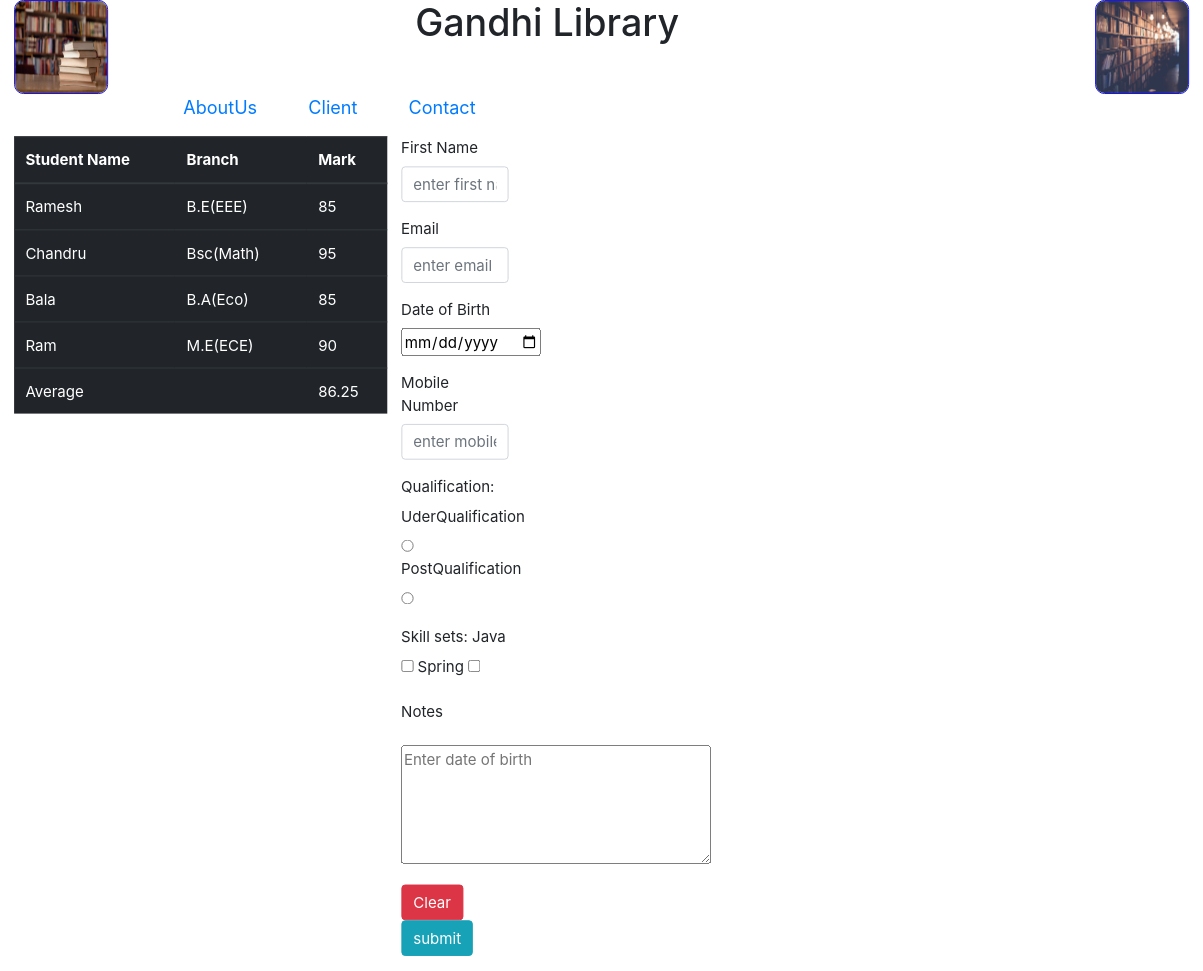
Repository: venkatesakki/JavaDeveloper
Page: css_examples/src/main/webapp/examplebootstrap.html
An editor plug-in stored every save of this project. The page is shown before and after the next save, followed by the edit.
The browser window is 1280 px wide. The pictures show the whole page, at 94% of full size.

Above is the page before, as saved 2022-06-27 10:22:56.

After the next save:
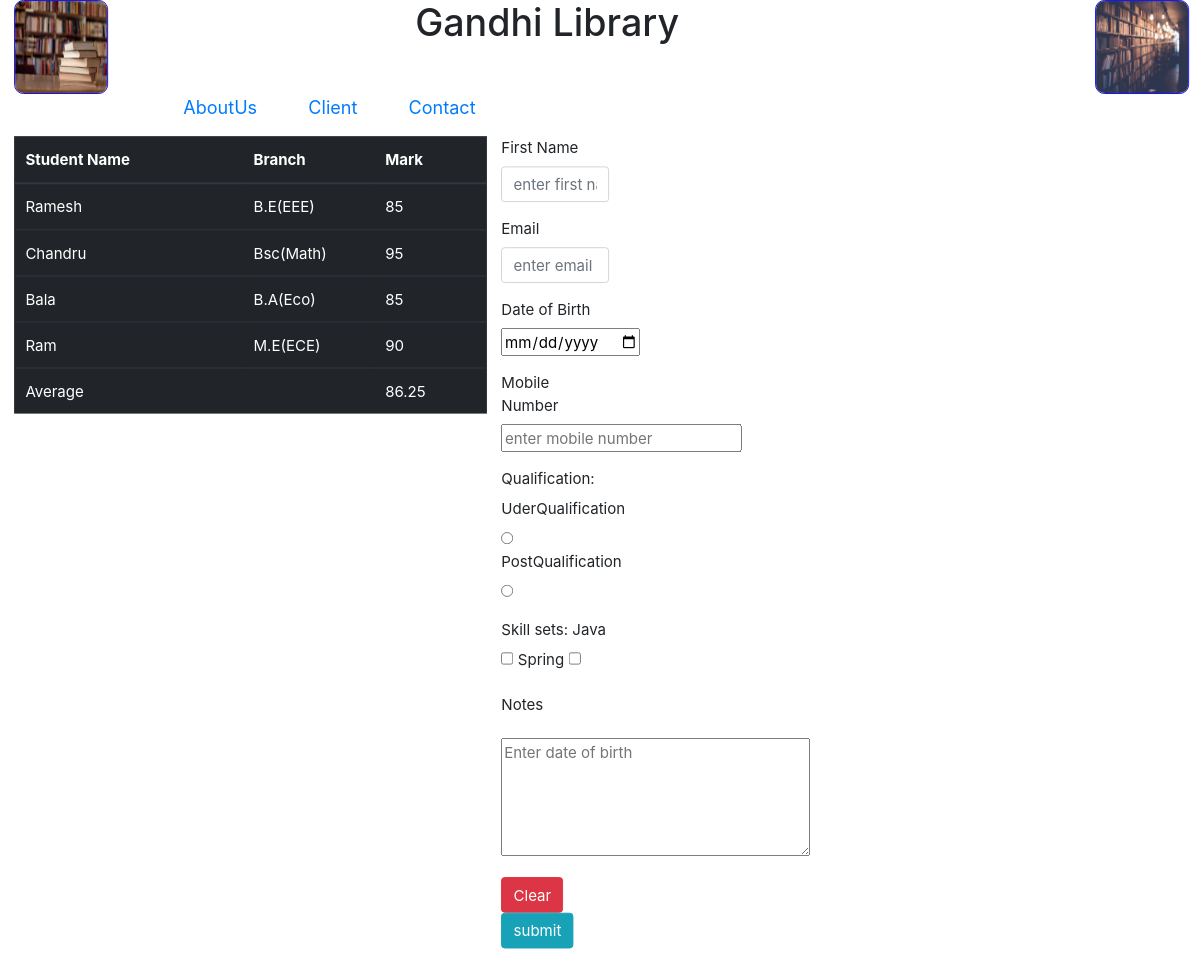
Saved 29 s later.
--- a/css_examples/src/main/webapp/examplebootstrap.html
+++ b/css_examples/src/main/webapp/examplebootstrap.html
@@ -72,7 +72,7 @@ a {
 		</div>
 
 		<div class="row">
-			<div class="col-md-4">
+			<div class="col-md-5">
 
 
 				<table class="table table-dark">
@@ -120,60 +120,59 @@ a {
 
 
 
-			<div class="row">
-				<div class="col-md-4">
+		<div class="row">
+			<div class="col-md-4">
 
-					<form action="client.html" method="post">
-						<div class="form-group">
-							<label for="firstName">First Name</label> <input type="text"
-								name="firstName" id="firstName" required class="form-control"
-								placeholder="enter first name" />
-						</div>
-						<div class="form-group">
-							<label for="email">Email</label> <input type="email" name="email"
-								id="email" multiple="multiple" class="form-control"
-								placeholder="enter email id" />
-						</div>
-						<div class="form-group">
-							<label for="birthDate">Date of Birth</label> <input type="date"
-								name="birthDate" id="birthDate" />
-						</div>
-						<div class="form-group">
-							<label for="mobile">Mobile Number</label> <input type="tel"
-								name="mobileNumber" id="mobile" pattern="[0-9]{10}"
-								class="form-control" placeholder="enter mobile number" />
-						</div>
-						<div class="form-group">
-							<label for="">Qualification:</label> <label for="ug">UderQualification</label>
-							<input type="radio" value="Under Graduate" name="qualidication"
-								id="ug" /> <label for="pg">PostQualification</label> <input
-								type="radio" value="Post Graduate" name="qualidication" id="pg" />
-						</div>
-						<div class="form-group">
-							<label for="skill">Skill sets:</label> <label for="java">Java</label>
-							<input type="checkbox" value="java" name="skill" id="java" /> <label
-								for="spring">Spring</label> <input type="checkbox"
-								value="spring" name="skill" id="spring" />
+				<form action="client.html" method="post">
+					<div class="form-group">
+						<label for="firstName">First Name</label> <input type="text"
+							name="firstName" id="firstName" required class="form-control"
+							placeholder="enter first name" />
+					</div>
+					<div class="form-group">
+						<label for="email">Email</label> <input type="email" name="email"
+							id="email" multiple="multiple" class="form-control"
+							placeholder="enter email id" />
+					</div>
+					<div class="form-group">
+						<label for="birthDate">Date of Birth</label> <input type="date"
+							name="birthDate" id="birthDate" />
+					</div>
+					<div class="form-group">
+						<label for="mobile">Mobile Number</label> <input type="tel"
+							name="mobileNumber" id="mobile" pattern="[0-9]{10}" placeholder="enter mobile number"/>
+					</div>
+					<div class="form-group">
+						<label for="">Qualification:</label> <label for="ug">UderQualification</label>
+						<input type="radio" value="Under Graduate" name="qualidication"
+							id="ug" /> <label for="pg">PostQualification</label> <input
+							type="radio" value="Post Graduate" name="qualidication" id="pg" />
+					</div>
+					<div class="form-group">
+						<label for="skill">Skill sets:</label> <label for="java">Java</label>
+						<input type="checkbox" value="java" name="skill" id="java" /> <label
+							for="spring">Spring</label> <input type="checkbox" value="spring"
+							name="skill" id="spring" />
 
-						</div>
-						<div class="form-group">
-							<label for="notes">Notes</label>
-						</div>
-						<div class="form-group">
-							<textarea name="notes" cols="30" rows="5" id="notes"
-								placeholder="Enter date of birth"></textarea>
-						</div>
-						<div class="form-group">
-							<input type="reset" value="Clear" class="btn btn-danger" /> <input
-								type="submit" value="submit" class="btn btn-info" />
+					</div>
+					<div class="form-group">
+						<label for="notes">Notes</label>
+					</div>
+					<div class="form-group">
+						<textarea name="notes" cols="30" rows="5" id="notes"
+							placeholder="Enter date of birth"></textarea>
+					</div>
+					<div class="form-group">
+						<input type="reset" value="Clear" class="btn btn-danger" /> <input
+							type="submit" value="submit" class="btn btn-info" />
 
-						</div>
-					</form>
+					</div>
+				</form>
 
 
-				</div>
+			</div>
 
-			</div>
+		</div>
 		</div>
 	</div>
 
